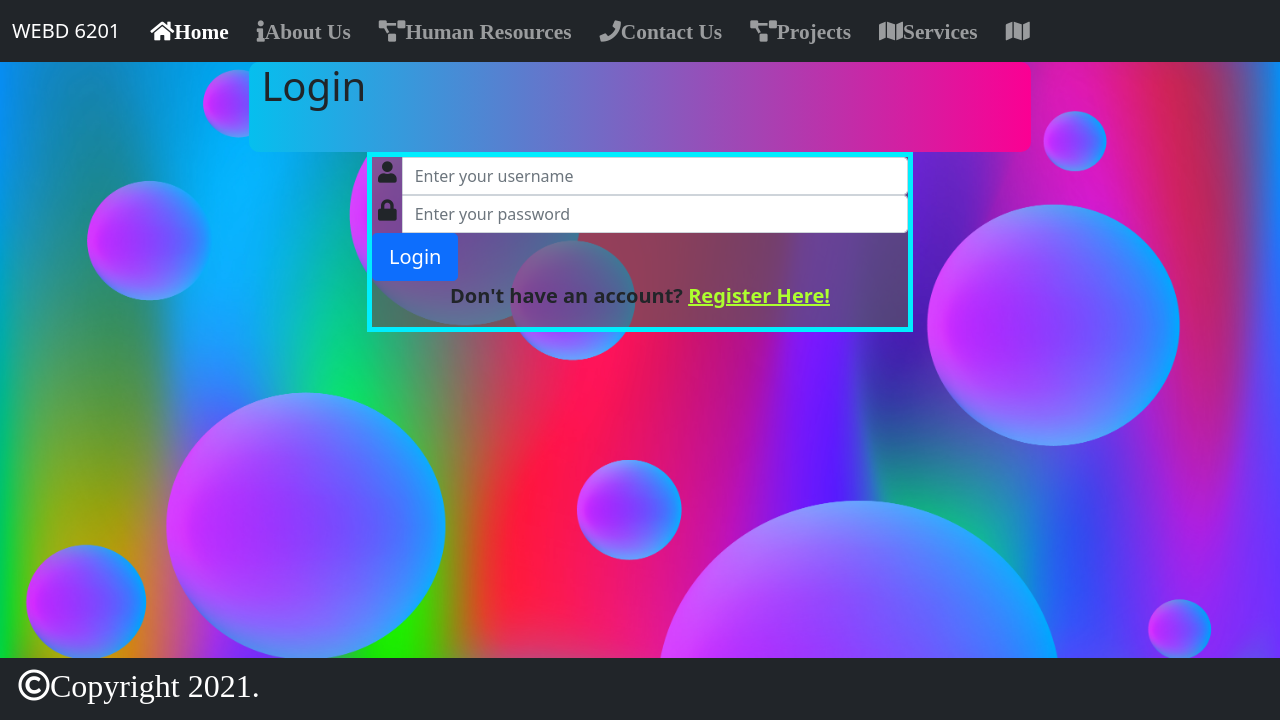
Repository: vans12345678/WEBD6201-W2021-Lab2
Page: login.html
An editor plug-in stored every save of this project. The page is shown before and after the next save, followed by the edit.
The browser window is 1280 px wide. The pictures show the whole page.

Above is the page before, as saved 2021-02-24 18:12:05.

### login.html
<!DOCTYPE html>
<html lang="en">
<head>
    <meta charset="UTF-8">
    <meta name="viewport" content="width=device-width, initial-scale=1.0">
    <title>Login</title>
    <!-- CSS Section -->
    <link rel="stylesheet" href="./node_modules/bootstrap/dist/css/bootstrap.min.css">
    <link rel="stylesheet" href="./node_modules/@fortawesome/fontawesome-free/css/all.min.css">
    <link rel="stylesheet" href="./Content/app.css">
</head>
<body class ="Vapor">
    <!-- Main Header -->
    <header>
        <!-- Main Navigation -->
        <nav class="navbar navbar-expand-lg navbar-dark bg-dark">
            <div class="container-fluid">
                <a id ="navHome" class="navbar-brand" href="index.html"></a>
                <button class="navbar-toggler" type="button" data-bs-toggle="collapse" data-bs-target="#navbarSupportedContent" aria-controls="navbarSupportedContent" aria-expanded="false" aria-label="Toggle navigation">
                  <span class="navbar-toggler-icon"></span>
                </button>
                <div class="collapse navbar-collapse" id="navbarSupportedContent">
                  <ul id = "ulNav" class="navbar-nav me-auto mb-2 mb-lg-0">
                    <li class="nav-item">
                      <a  class="nav-link active" aria-current="page" href="index.html"><i id ="navIndex"class = "fas fa-home fa-lg"></i></a>
                    </li>
                    <li class="nav-item" id ="navAbout">
                      <a  class="nav-link " aria-current="page" href="about.html"><i id ="navAboutItem"class = "fas fa-info fa-lg"></i></a>
                    </li>
                    <li class="nav-item">
                      <a  class="nav-link " aria-current="page" href="contact.html"><i id ="navContact"class = "fas fa-phone fa-lg"></i></a>
                    </li>
                    <li class="nav-item">
                      <a  class="nav-link" aria-current="page" href="projects.html"><i id ="navProjects" class ="fas fa-project-diagram fa-lg">Products</i></a>
                    </li>
                    <li class="nav-item">
                      <a  class="nav-link " aria-current="page" href="services.html"><i id ="navServices"class = "fas fa-map fa-lg"></i></a>
                    </li>
                    <li class="nav-item">
                      <a  class="nav-link " aria-current="page" href="login.html"><i id ="navLogin"class = "fas fa-map fa-lg"></i></a>
                    </li>
                  </ul>
                </div>
              </div>
          </nav>
    </header>

    <!-- Main Content -->
    <main class="container" id="mainContent">
        <h1 class = "container">Login</h1>
      <div class="row">
          <div class="offset-md-3 col-md-6 col-sm-12">
                <div class="login" id="contentArea"></div>
                    <div id = "messageArea"></div>
                    <form class = "fromBackground" id="loginForm" novalidate>
                      <div class="form-group">
                        <div class="input-group">
                          <span class="input-group-addon">
                            <i class="fa fa-user fa-lg">
                            </i>
                          </span>
                          <input type="text" class="form-control" id="username" name="username"  required
                          value="" placeholder="Enter your username">
                        </div>

                      </div>
                      <div class="form-group">
                        <div class="input-group">
                          <span class="input-group-addon">
                            <i class="fa fa-lock fa-lg">
                            </i>
                          </span>
                          <input type="password" class="form-control" id="password" name="password"  required
                          value="" placeholder="Enter your password">
                        </div>
                      </div>
                      <div class="text-right">
                        <button id="submitButton" type="submit" class="btn btn-primary btn-lg">Login</button>
                      </div>
                      <p class="text-center fs-5 fw-bold">
                        Don't have an account?
                        <a href="register.html">Register Here!</a>
                    </p>
                    </form>
                </div>

          </div>
      </div>
  </main>

    <!-- Main Footer -->
    <footer>
        <nav class="navbar fixed-bottom navbar-dark bg-dark">
            <div class="container-fluid">
                <h4><i id = "footer" class="far fa-copyright fa-lg site-footer"></i></h4>
            </div>
          </nav>
    </footer>
    <!-- Script Section -->
    <script src="./node_modules/jquery/dist/jquery.min.js"></script>
    <script src="./node_modules/bootstrap/dist/js/bootstrap.bundle.min.js"></script>
    <script src="./Scripts/app.js"></script>
</body>
</html>

### Content/app.css
/* custom css goes here */
.Vapor {
    background-image: url('../images/vapor.jpg');
    background-repeat: no-repeat;
    background-attachment: fixed;
    background-size: 100% 100%;
  }
  a {
    color: greenyellow;
  }
  .textFont
  {
    font-family: Arial, Helvetica, sans-serif;
    line-height: 32px;
  }
  body
  {
    background-color: rgb(90, 90, 90);
  }
  h1.container{
    border-radius: 10px;
    width: 70%;
    height: 90px;
    margin: 0px auto;
    background: linear-gradient(90deg,#06bfee,#fb0093)
  }
  h1.projects{
    background-color: white;
  }
  .contact-table{
    width: 100%;
    margin:  50px auto;
    background-color: white;
  }
  .contact-form
  {
    width: 100%;
    margin:  100px auto;
  }
  .warnMessage
  {
    width: 90%;
    margin:  50px;
  }
  .site-footer {
    color:white;
  }
  .formMargin
  {
    margin: 35px 70px;
  }
  .fromBackground
  {
    background-color: #5a5a5aa1;
    border: 5px solid rgb(0, 238, 255);
  }
  i{
    margin:7px 6px;
  }

Loaded but not shown: node_modules/bootstrap/dist/css/bootstrap.min.css (library); node_modules/@fortawesome/fontawesome-free/css/all.min.css (library); node_modules/jquery/dist/jquery.min.js (library); node_modules/bootstrap/dist/js/bootstrap.bundle.min.js (library); Scripts/app.js (241 lines, source omitted)

After the next save:
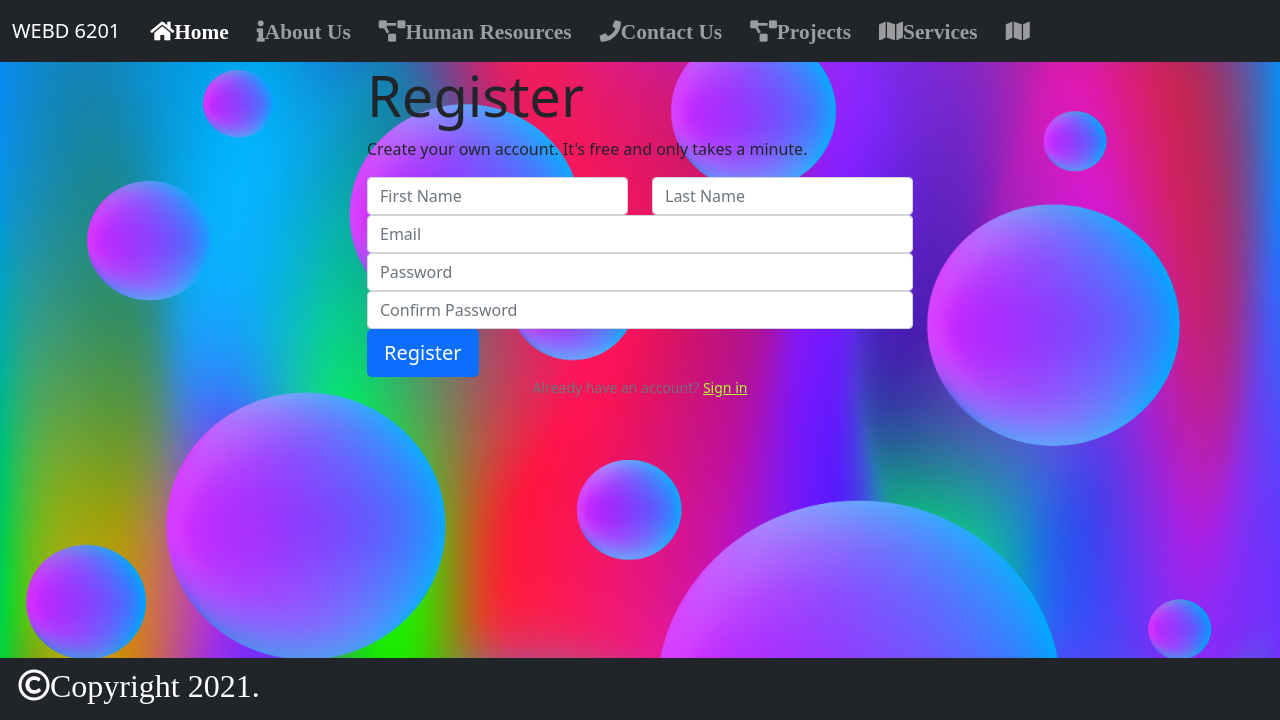
Saved 25 s later.
--- a/login.html
+++ b/login.html
@@ -47,46 +47,69 @@
 
     <!-- Main Content -->
     <main class="container" id="mainContent">
-        <h1 class = "container">Login</h1>
-      <div class="row">
-          <div class="offset-md-3 col-md-6 col-sm-12">
-                <div class="login" id="contentArea"></div>
-                    <div id = "messageArea"></div>
-                    <form class = "fromBackground" id="loginForm" novalidate>
-                      <div class="form-group">
-                        <div class="input-group">
-                          <span class="input-group-addon">
-                            <i class="fa fa-user fa-lg">
-                            </i>
-                          </span>
-                          <input type="text" class="form-control" id="username" name="username"  required
-                          value="" placeholder="Enter your username">
+        <div class="row">
+            <div class="offset-md-3 col-md-6 col-sm-12">
+                  <div class="login" id="contentArea">
+                      <h1 class="display-4">Register</h1>
+                      <form id="registerForm" novalidate>
+                        <p class="hint-text">Create your own account. It's free and only takes a minute.</p>
+
+                        <div class="form-group">
+                          <div class="row">
+                            <div class="col-md-6">
+                              <input class="form-control" type="text" name="firstName" id="FirstName" placeholder="First Name" required>
+                            </div>
+                            <div class="col-md-6">
+                              <input class="form-control" type="text" name="lastName" id="lastName" placeholder="Last Name" required>
+                            </div>
+                          </div>
                         </div>
 
-                      </div>
-                      <div class="form-group">
-                        <div class="input-group">
-                          <span class="input-group-addon">
-                            <i class="fa fa-lock fa-lg">
-                            </i>
-                          </span>
-                          <input type="password" class="form-control" id="password" name="password"  required
-                          value="" placeholder="Enter your password">
+
+                        <div class="form-group">
+                          <div class="row">
+                            <div class="col-md-12">
+                              <input type="email" class="form-control" id="emailAddress" name="emailAddress" required
+                              value="" placeholder="Email">
+                            </div>
+                          </div>
+
                         </div>
-                      </div>
-                      <div class="text-right">
-                        <button id="submitButton" type="submit" class="btn btn-primary btn-lg">Login</button>
-                      </div>
-                      <p class="text-center fs-5 fw-bold">
-                        Don't have an account?
-                        <a href="register.html">Register Here!</a>
-                    </p>
-                    </form>
-                </div>
 
-          </div>
-      </div>
-  </main>
+                        <div class="form-group">
+                          <div class="row">
+                            <div class="col-md-12">
+                              <input type="password" class="form-control" id="password" name="password"  required
+                              value="" placeholder="Password">
+                            </div>
+                          </div>
+
+                        </div>
+
+                        <div class="form-group">
+                          <div class="row">
+                            <div class="col-md-12">
+                              <input type="password" class="form-control" id="confirmPassword" name="confirmPassword"  required
+                              value="" placeholder="Confirm Password">
+                            </div>
+                          </div>
+
+                        </div>
+
+
+                        <div class="text-right">
+                          <button id="submitButton" type="submit" class="btn btn-primary btn-lg">Register</button>
+                        </div>
+                      </form>
+
+                  </div>
+                  <p class="text-center text-muted small">
+                    Already have an account?
+                    <a href="login.html">Sign in</a>
+                  </p>
+            </div>
+        </div>
+    </main>
 
     <!-- Main Footer -->
     <footer>

After the save that followed:
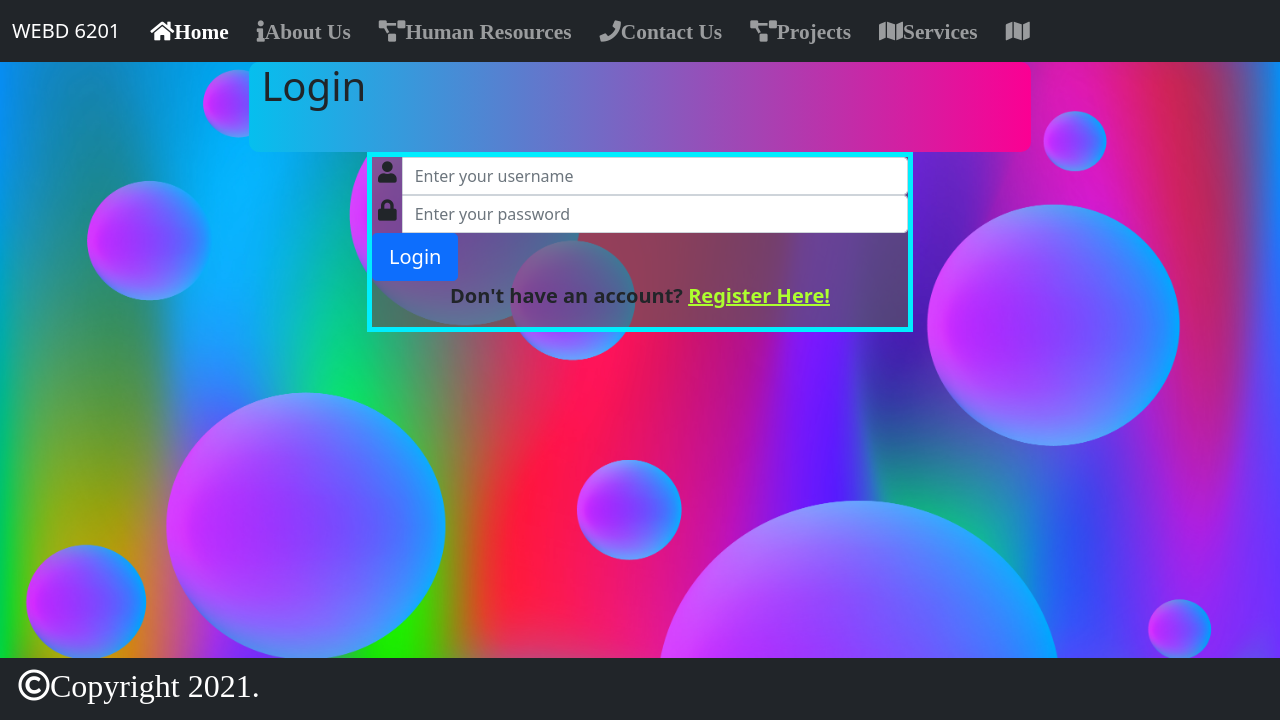
Saved 27 s later.
--- a/login.html
+++ b/login.html
@@ -47,69 +47,46 @@
 
     <!-- Main Content -->
     <main class="container" id="mainContent">
-        <div class="row">
-            <div class="offset-md-3 col-md-6 col-sm-12">
-                  <div class="login" id="contentArea">
-                      <h1 class="display-4">Register</h1>
-                      <form id="registerForm" novalidate>
-                        <p class="hint-text">Create your own account. It's free and only takes a minute.</p>
-
-                        <div class="form-group">
-                          <div class="row">
-                            <div class="col-md-6">
-                              <input class="form-control" type="text" name="firstName" id="FirstName" placeholder="First Name" required>
-                            </div>
-                            <div class="col-md-6">
-                              <input class="form-control" type="text" name="lastName" id="lastName" placeholder="Last Name" required>
-                            </div>
-                          </div>
+        <h1 class = "container">Login</h1>
+      <div class="row">
+          <div class="offset-md-3 col-md-6 col-sm-12">
+                <div class="login" id="contentArea"></div>
+                    <div id = "messageArea"></div>
+                    <form class = "fromBackground" id="loginForm" novalidate>
+                      <div class="form-group">
+                        <div class="input-group">
+                          <span class="input-group-addon">
+                            <i class="fa fa-user fa-lg">
+                            </i>
+                          </span>
+                          <input type="text" class="form-control" id="username" name="username"  required
+                          value="" placeholder="Enter your username">
                         </div>
 
+                      </div>
+                      <div class="form-group">
+                        <div class="input-group">
+                          <span class="input-group-addon">
+                            <i class="fa fa-lock fa-lg">
+                            </i>
+                          </span>
+                          <input type="password" class="form-control" id="password" name="password"  required
+                          value="" placeholder="Enter your password">
+                        </div>
+                      </div>
+                      <div class="text-right">
+                        <button id="submitButton" type="submit" class="btn btn-primary btn-lg">Login</button>
+                      </div>
+                      <p class="text-center fs-5 fw-bold">
+                        Don't have an account?
+                        <a href="register.html">Register Here!</a>
+                    </p>
+                    </form>
+                </div>
 
-                        <div class="form-group">
-                          <div class="row">
-                            <div class="col-md-12">
-                              <input type="email" class="form-control" id="emailAddress" name="emailAddress" required
-                              value="" placeholder="Email">
-                            </div>
-                          </div>
-
-                        </div>
-
-                        <div class="form-group">
-                          <div class="row">
-                            <div class="col-md-12">
-                              <input type="password" class="form-control" id="password" name="password"  required
-                              value="" placeholder="Password">
-                            </div>
-                          </div>
-
-                        </div>
-
-                        <div class="form-group">
-                          <div class="row">
-                            <div class="col-md-12">
-                              <input type="password" class="form-control" id="confirmPassword" name="confirmPassword"  required
-                              value="" placeholder="Confirm Password">
-                            </div>
-                          </div>
-
-                        </div>
-
-
-                        <div class="text-right">
-                          <button id="submitButton" type="submit" class="btn btn-primary btn-lg">Register</button>
-                        </div>
-                      </form>
-
-                  </div>
-                  <p class="text-center text-muted small">
-                    Already have an account?
-                    <a href="login.html">Sign in</a>
-                  </p>
-            </div>
-        </div>
-    </main>
+          </div>
+      </div>
+  </main>
 
     <!-- Main Footer -->
     <footer>
